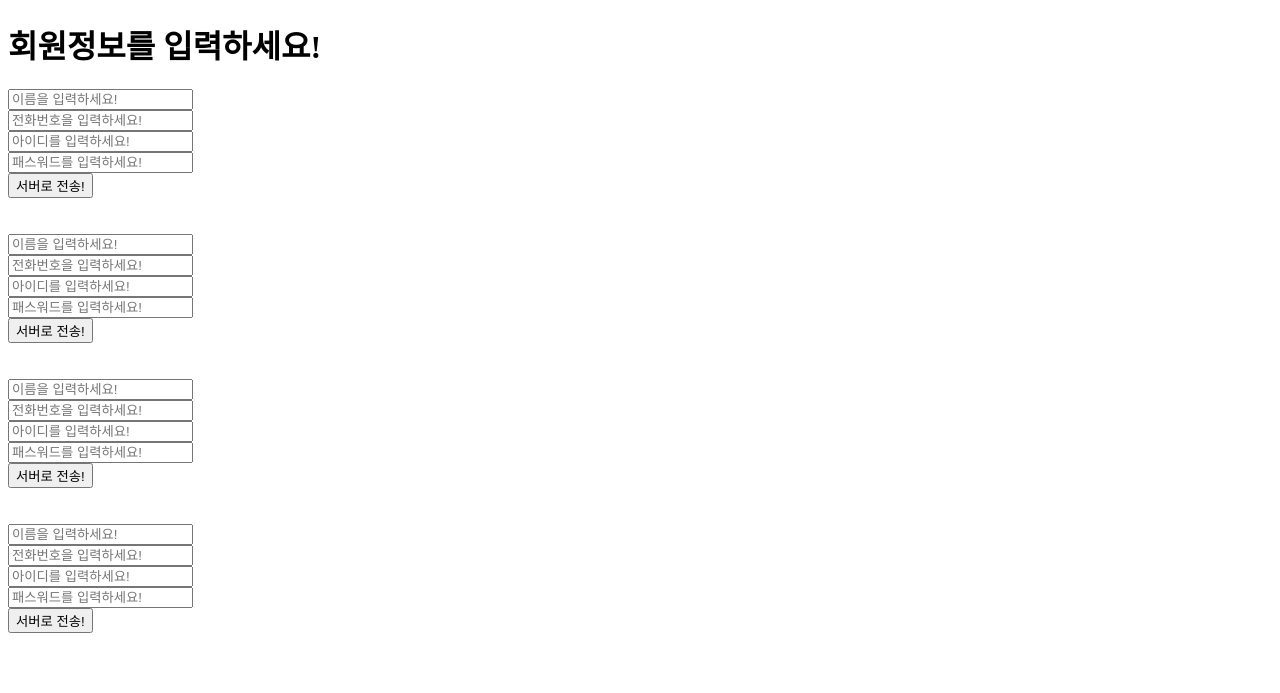
Repository: shashak23/spring_workspace
Page: springweb/src/main/webapp/resources/sample02/memberForm.html
These files come from the project's save history. The page is drawn as it stood at one moment and after the next save; the edit follows.
The browser window is 1280 px wide. The pictures show the whole page.

Above is the page before, as saved 2023-02-27 03:21:16.

### springweb/src/main/webapp/resources/sample02/memberForm.html
<!DOCTYPE html>
<html>
<head>
<meta charset="UTF-8">
<title>Insert title here</title>
</head>
<body>
	<h1>회원정보를 입력하세요!</h1>
	<form action="/springweb/member1" method="POST">
		<input type="text" placeholder="이름을 입력하세요!" name="name"><br>
		<input type="text" placeholder="전화번호을 입력하세요!" name="phone"><br>
		<input type="text" placeholder="아이디를 입력하세요!" name="id"><br>
		<input type="password" placeholder="패스워드를 입력하세요!" name="pw"><br>

		<input type="submit" value="서버로 전송!">
	<!-- MemberController 연결하기  -->
	</form>

	<br><br>

	<form action="/springweb/member2" method="POST">
		<input type="text" placeholder="이름을 입력하세요!" name="name"><br>
		<input type="text" placeholder="전화번호을 입력하세요!" name="phone"><br>
		<input type="text" placeholder="아이디를 입력하세요!" name="id"><br>
		<input type="password" placeholder="패스워드를 입력하세요!" name="pw"><br>

		<input type="submit" value="서버로 전송!">
	<!-- MemberController 연결하기  -->
	</form>

	<br><br>

	<form action="/springweb/member3" method="POST">
		<input type="text" placeholder="이름을 입력하세요!" name="name"><br>
		<input type="text" placeholder="전화번호을 입력하세요!" name="phone"><br>
		<input type="text" placeholder="아이디를 입력하세요!" name="id"><br>
		<input type="password" placeholder="패스워드를 입력하세요!" name="pw"><br>

		<input type="submit" value="서버로 전송!">
	<!-- MemberController 연결하기  -->
	</form>

	<br><br>

	<form action="/springweb/member4" method="POST">
		<input type="text" placeholder="이름을 입력하세요!" name="name"><br>
		<input type="text" placeholder="전화번호을 입력하세요!" name="phone"><br>
		<input type="text" placeholder="아이디를 입력하세요!" name="id"><br>
		<input type="password" placeholder="패스워드를 입력하세요!" name="pw"><br>

		<input type="submit" value="서버로 전송!">
	<!-- MemberController 연결하기  -->
	</form>
</html>

After the next save:
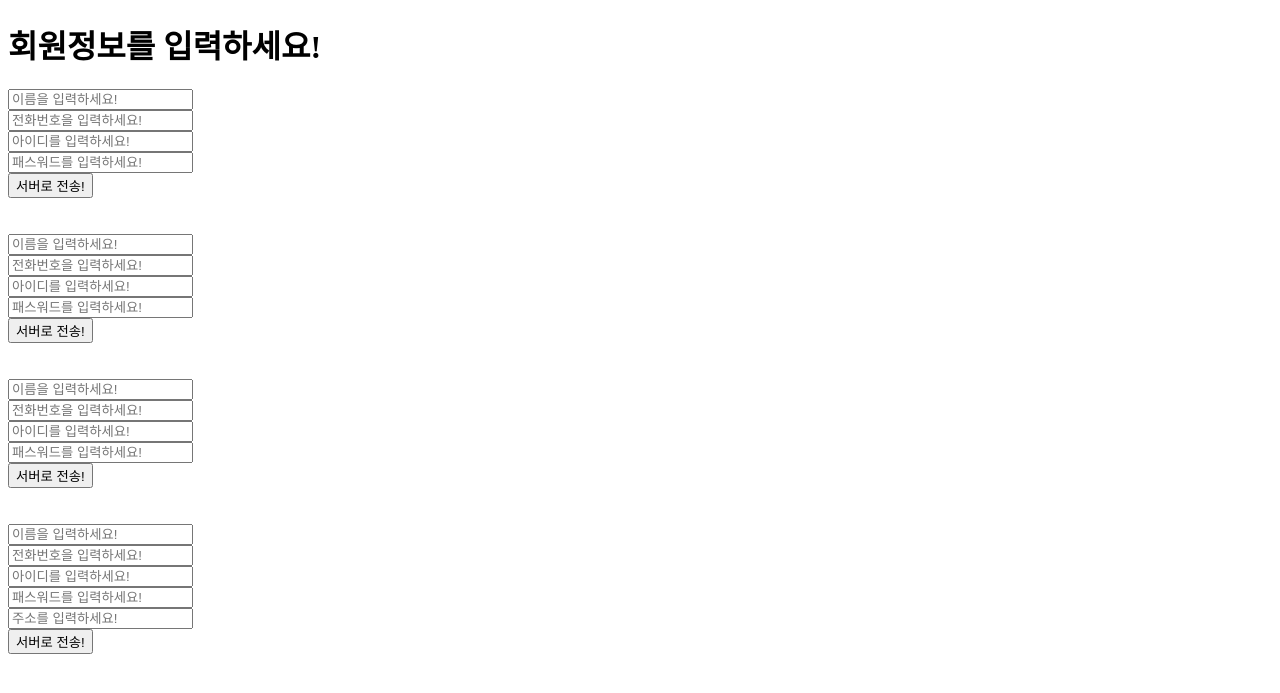
Saved 59 s later.
--- a/springweb/src/main/webapp/resources/sample02/memberForm.html
+++ b/springweb/src/main/webapp/resources/sample02/memberForm.html
@@ -47,6 +47,7 @@
 		<input type="text" placeholder="전화번호을 입력하세요!" name="phone"><br>
 		<input type="text" placeholder="아이디를 입력하세요!" name="id"><br>
 		<input type="password" placeholder="패스워드를 입력하세요!" name="pw"><br>
+		<input type="password" placeholder="주소를 입력하세요!" name="address"><br>
 
 		<input type="submit" value="서버로 전송!">
 	<!-- MemberController 연결하기  -->
